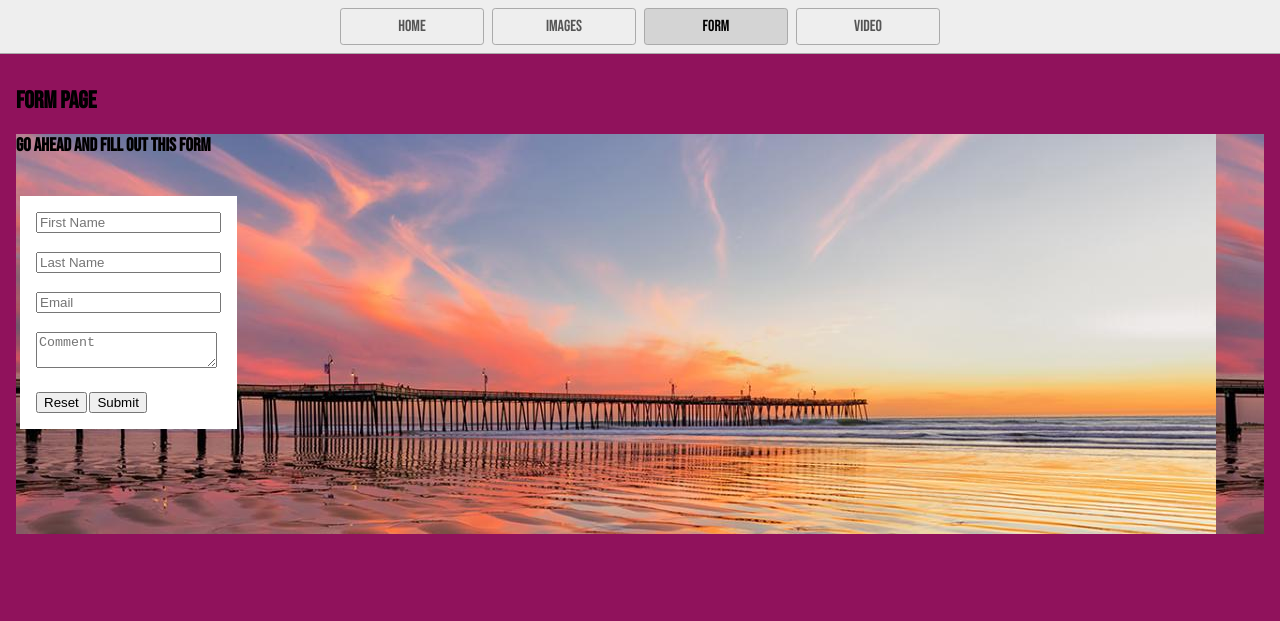
Repository: sebas6292/palmTree-Final
Page: Form.html
These files come from the project's save history. The page is drawn as it stood at one moment and after the next save; the edit follows.
The browser window is 1280 px wide. The pictures show the whole page.

Above is the page before, as saved 2023-05-28 12:21:26.

### Form.html
<!DOCTYPE html>
<html lang="en">
  <head>
    <title>Home</title>
    <meta charset="UTF-8" />
    <meta name="viewport" content="width=device-width" />

    <link rel="preconnect" href="https://fonts.googleapis.com">
    <link rel="preconnect" href="https://fonts.gstatic.com" crossorigin>
    <link href="https://fonts.googleapis.com/css2?family=Bebas+Neue&display=swap" rel="stylesheet">
    <link rel="stylesheet" href="styles.css" />

  </head>
  <body>
    <nav>
      <a href="/Home.html">Home</a>
      <a href="/Images.html">Images</a>
      <a href="/Form.html" aria-current="page">Form</a>
      <a href="/Video.html">Video</a>
    </nav>
    <main>
      <h1>Form page</h1>
      <div class="bg-img">
      <h3>Go ahead and fill out this form</h3>
      <form action="/Home.html" target="_blank" class="form-container">

        <input type="text" id="fname" name="fname" placeholder="First Name"><br>
        <br>
        <input type="text" id="lname" name="lname" placeholder="Last Name" ><br>
        <br>
        <input type="text" id="email" name="email" placeholder="Email"><br>
        <br>

        <textarea id="comment" placeholder='Comment' name="comment" ></textarea>
        <br>
        <br>
        <input class="btn" type="reset" value="Reset">
        <input class="btn" type="submit" value="Submit">
      </form>
    </div>
    </main>
  </body>
</html>

### styles.css
* {
    box-sizing: border-box;
  }

  body {
    margin: 0;
    font-family: 'Bebas Neue', sans-serif;
    color: black;
    background-color: white;
  }
  @keyframes body {
    0%   {background-color: white;}
    25%  {background-color: brown}
    50%  {background-color: purple;}
    100% {background-color: black;}
  }
  body {
    background-color: white;
    animation-name: body;
    animation-duration: 15s;
  }

  nav {
    display: flex;
    flex-wrap: wrap;
    align-items: center;
    justify-content: center;
    padding: 0.5rem;
    gap: 0.5rem;
    border-bottom: solid 1px #aaa;
    background-color: #eee;
  }

  nav a {
    display: inline-block;
    min-width: 9rem;
    padding: 0.5rem;
    border-radius: 0.2rem;
    border: solid 1px #aaa;
    text-align: center;
    text-decoration: none;
    color: #555;
  }

  nav a[aria-current='page'] {
    color: #000;
    background-color: #d4d4d4;
  }

  main {
    padding: 1rem;
  }

  h1 {
    font-weight: bold;
    font-size: 1.5rem;
  }

  .bg-img {
    background-image: url('/Assets/pier2.jpeg');
    height: 400px;
  }

  .form-container {
    position: absolute;
    left: 0;
    margin: 20px;
    max-width: 300px;
    padding: 16px;
    background-color: white;
  }

  .btn:hover {
    background-color: whitesmoke;
    color: red
  }

  img:hover {
    width: 300px;
  }

After the next save:
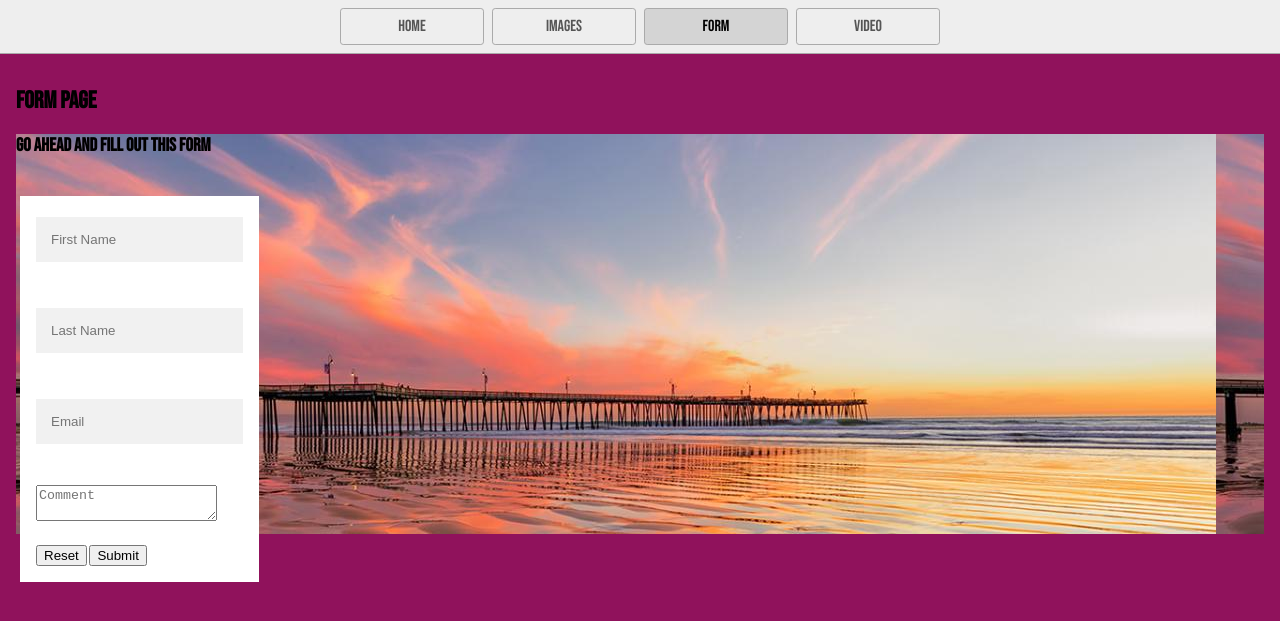
Saved 92 s later.
--- a/styles.css
+++ b/styles.css
@@ -69,6 +69,13 @@
     padding: 16px;
     background-color: white;
   }
+  input[type=text], input[type=password] {
+    width: 100%;
+    padding: 15px;
+    margin: 5px 0 22px 0;
+    border: none;
+    background: #f1f1f1;
+  }
 
   .btn:hover {
     background-color: whitesmoke;
